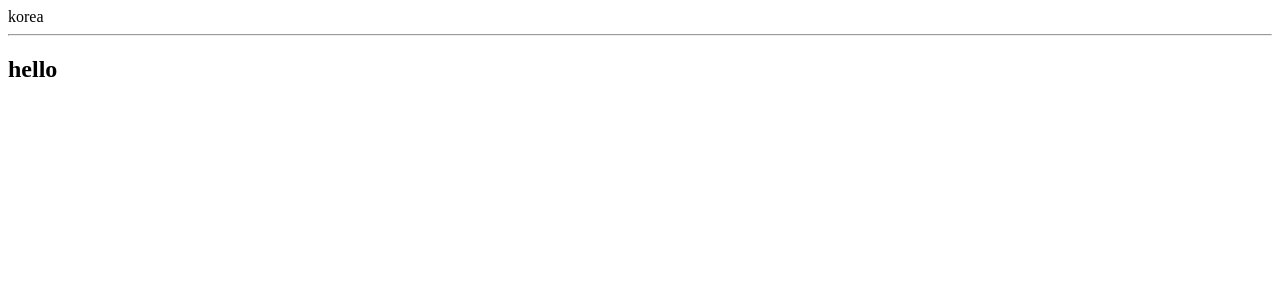
Repository: kimwoongasd/JSPAndServlet
Page: http://localhost/day1220/06_commentTest.jsp
An editor plug-in stored every save of this project. The page is shown before and after the next save, followed by the edit.
The browser window is 1280 px wide. The pictures show the whole page.
The page is served by Tomcat 9.

Above is the page before, as saved 2023-12-20 07:10:17.

After the next save:
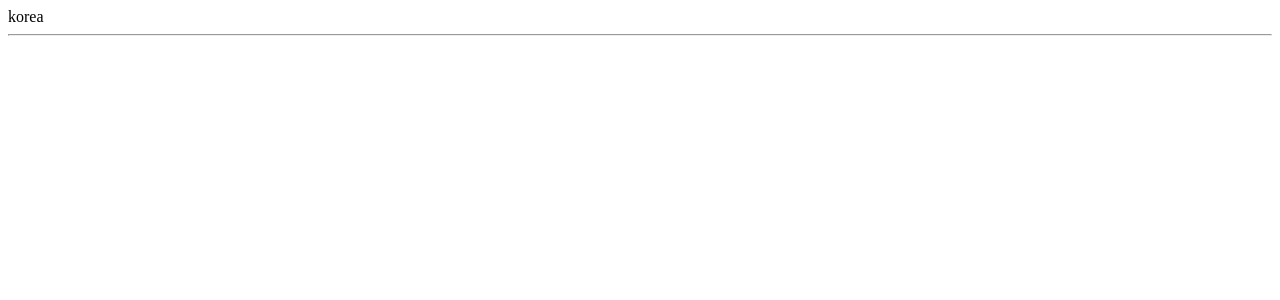
Saved 13 s later.
--- a/day1220/src/main/webapp/06_commentTest.jsp
+++ b/day1220/src/main/webapp/06_commentTest.jsp
@@ -19,6 +19,6 @@
 <hr>
 <%-- <%=year %>--%>
 <!-- <%=title %> -->
-<h2>hello</h2>
+<!-- <h2>hello</h2> -->
 </body>
 </html>
